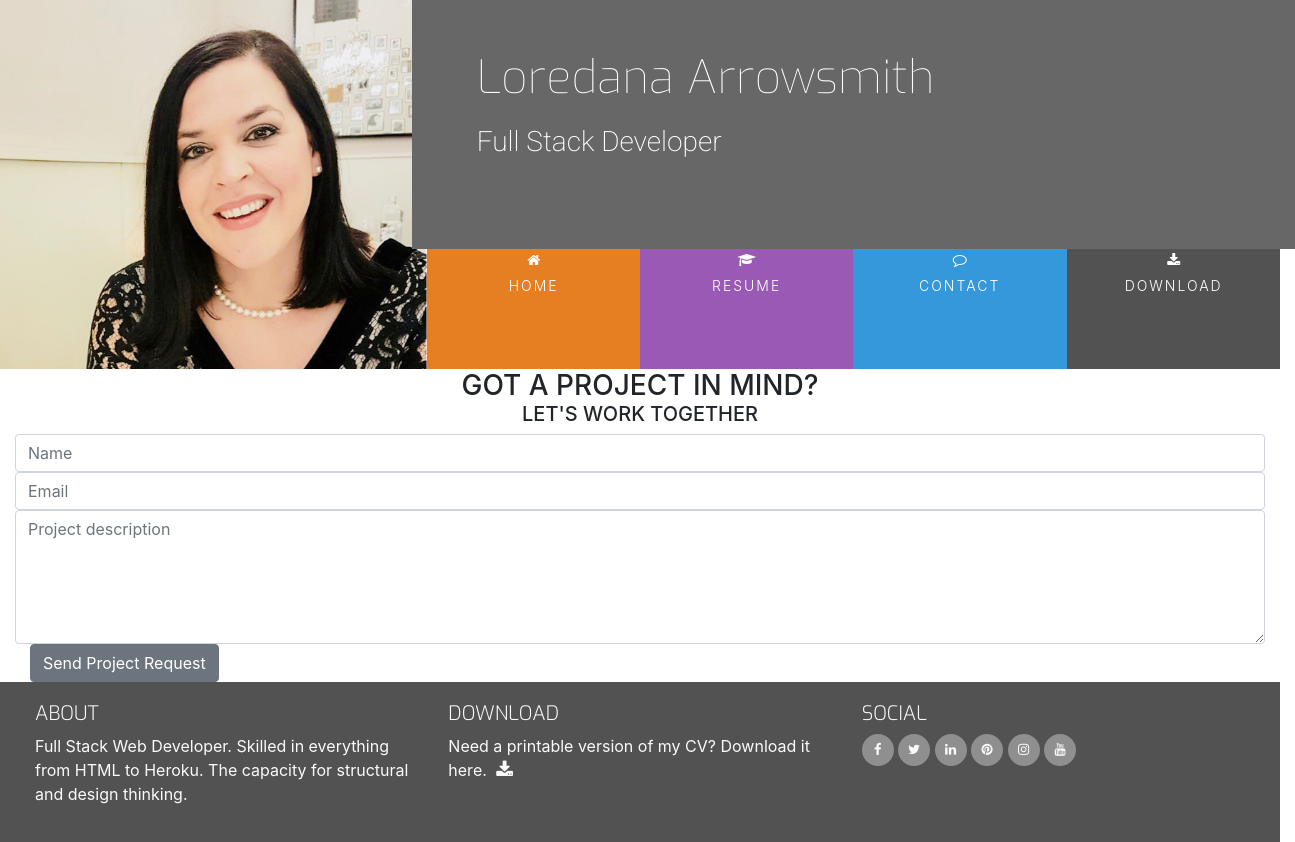
Repository: lolalongo11/Loredana-Resume
Page: contact.html
The author's editor kept a record of every edit. The page is drawn from the files as they stood at one moment, then again after the next edit.
The browser window is 1280 px wide. The page is 1295 px wide, so the pictures cover 1295 px, including what lies to the right of the window. The pictures show the whole page.

Above is the page before.

After the next edit:
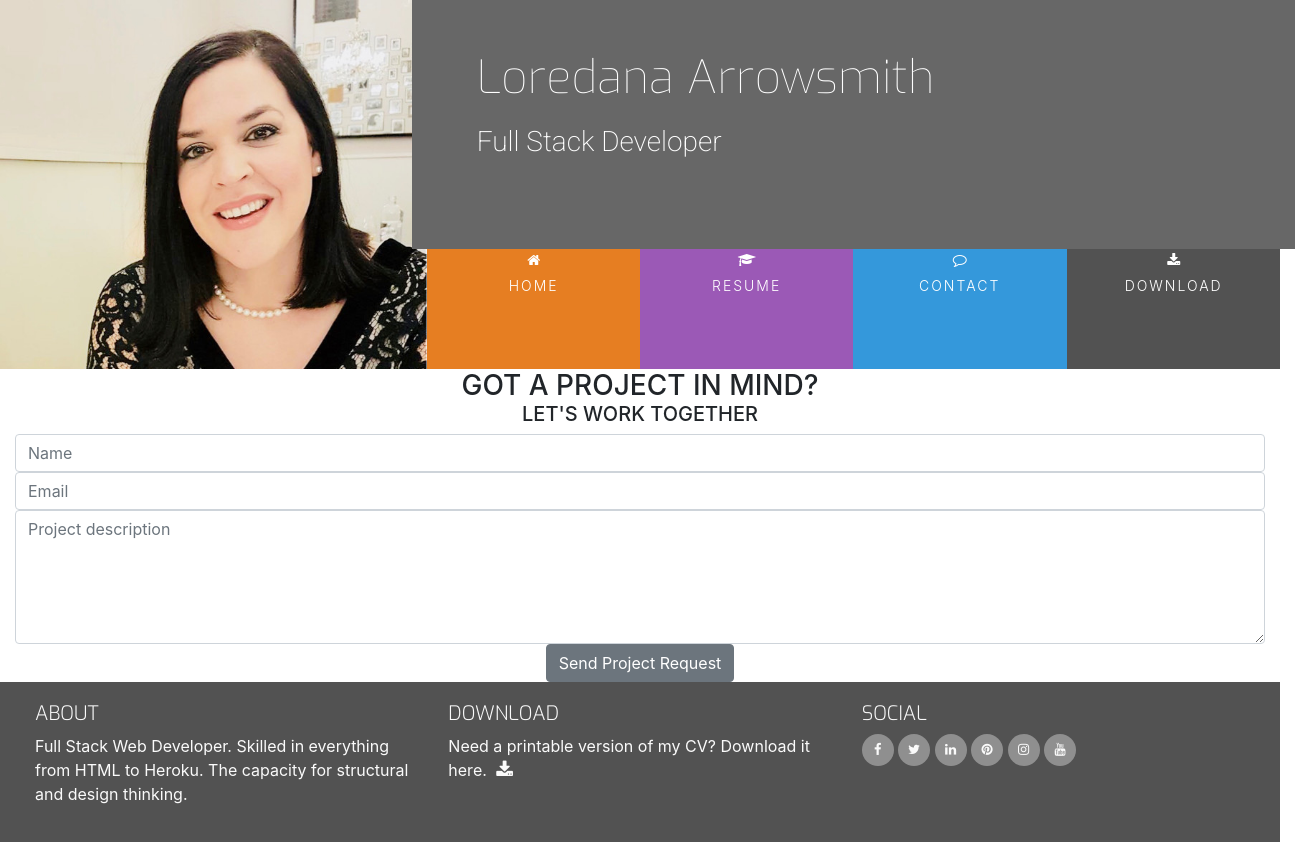
The edit:
--- a/contact.html
+++ b/contact.html
@@ -57,7 +57,7 @@
                         <input type="email" name="email" id="emailaddress" class="form-control" placeholder="Email" required/>
                         <textarea rows="5" name="projectsummary" id="projectsummary" class="form-control"
                         placeholder="Project description" required></textarea>
-                        <div class="form row-text-center">
+                        <div class="form-row text-center">
                             <div class="col">
                                 <button type="submit" class="btn btn-secondary">Send Project Request</button>
                             </div>
